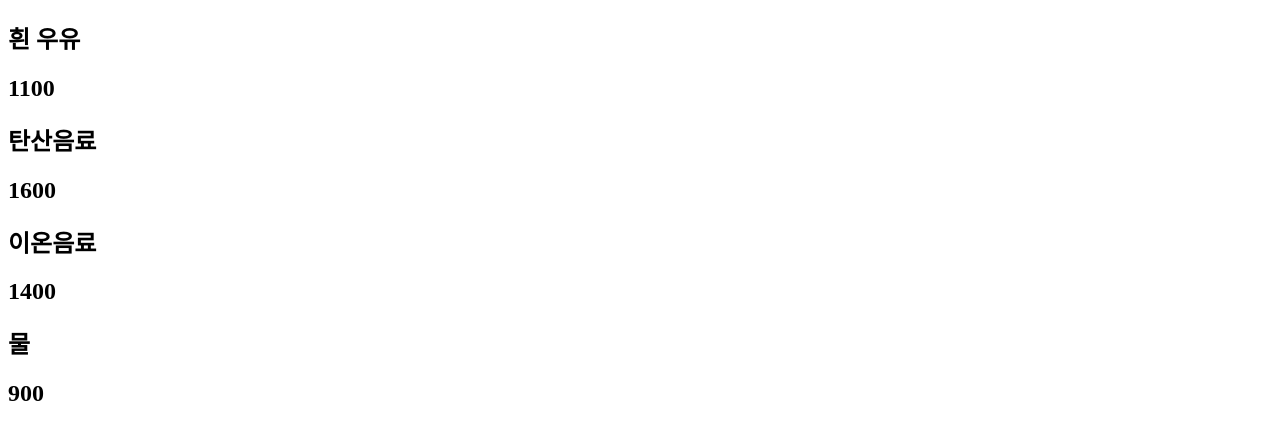
Repository: tjdwlsl/jspstudy
Page: http://localhost/JQuery_Ajax/02_ajax/ex01/ex03.jsp
The author's editor kept a copy of each file at every save. The page is drawn from the files as they stood at one save, then again after the next save.
The browser window is 1280 px wide. The pictures show the whole page.
The page is served by Tomcat 9. Other server files are loaded and not shown.

Above is the page before, as saved 2023-07-20 06:47:58.

### JQuery_Ajax/src/main/webapp/02_ajax/ex01/ex03.jsp
<%@ page language="java" contentType="text/html; charset=UTF-8"
    pageEncoding="UTF-8"%>
<!DOCTYPE html>
<html>
<head>
<meta charset="UTF-8">
<title>Insert title here</title>
</head>
<body>
	<script type = "text/javascript">
		<%-- XMLHttpRequest 객체 : ajax를 실행 할 때 사용하는 객체--%>

		//1.객체 생성
		var request = new XMLHttpRequest();

		//2. open("전송방식", "경로", "비동기 여부")
		request.open("POST", "data.html", false);

		//3. send() : 실행
		request.send();

		//4. 화면에 출력 : innerHTML or append
		document.body.innerHTML += request.responseText;
	</script>
</body>
</html>

### JQuery_Ajax/src/main/webapp/02_ajax/ex01/data.html
<!DOCTYPE html>
<html>
<head>
<meta charset="UTF-8">
<title>Insert title here</title>
</head>
<body>
	<div>
		<h2>흰 우유</h2>
		<h2>1100</h2>
	</div>
	<div>
		<h2>탄산음료</h2>
		<h2>1600</h2>
	</div>
	<div>
		<h2>이온음료</h2>
		<h2>1400</h2>
	</div>
	<div>
		<h2>물</h2>
		<h2>900</h2>
	</div>


</body>
</html>

After the next save:
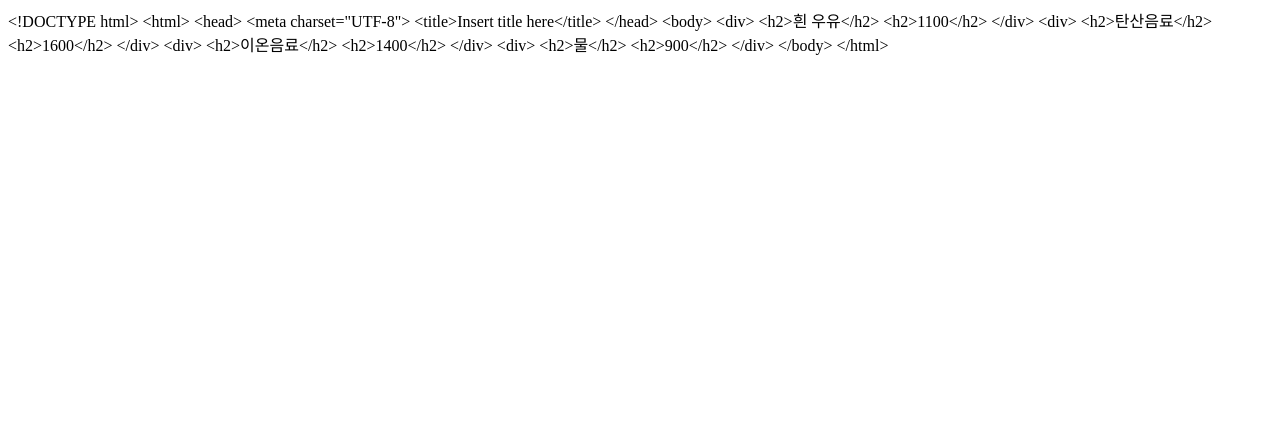
Saved 90 s later.
--- a/JQuery_Ajax/src/main/webapp/02_ajax/ex01/ex03.jsp
+++ b/JQuery_Ajax/src/main/webapp/02_ajax/ex01/ex03.jsp
@@ -20,7 +20,8 @@
 		request.send();
 
 		//4. 화면에 출력 : innerHTML or append
-		document.body.innerHTML += request.responseText;
+		document.body.append(request.responseText);
+		//document.body.innerHTML += request.responseText;
 	</script>
 </body>
 </html>

After the save that followed:
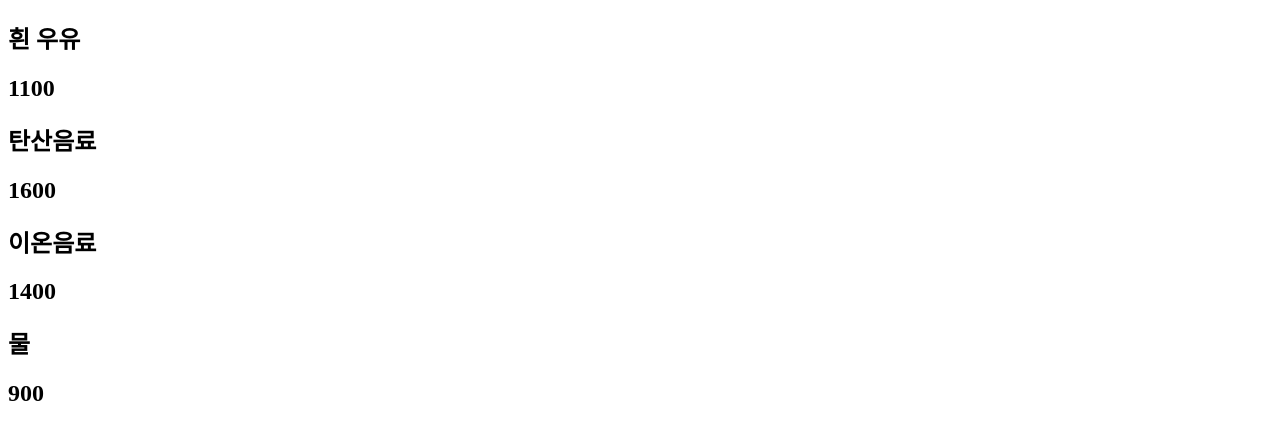
Saved 50 s later.
--- a/JQuery_Ajax/src/main/webapp/02_ajax/ex01/ex03.jsp
+++ b/JQuery_Ajax/src/main/webapp/02_ajax/ex01/ex03.jsp
@@ -20,8 +20,9 @@
 		request.send();
 
 		//4. 화면에 출력 : innerHTML or append
-		document.body.append(request.responseText);
-		//document.body.innerHTML += request.responseText;
+		//document.body.append(request.responseText);
+		//append를 사용하면 코드 자체를 가져옴
+		document.body.innerHTML += request.responseText;
 	</script>
 </body>
 </html>
